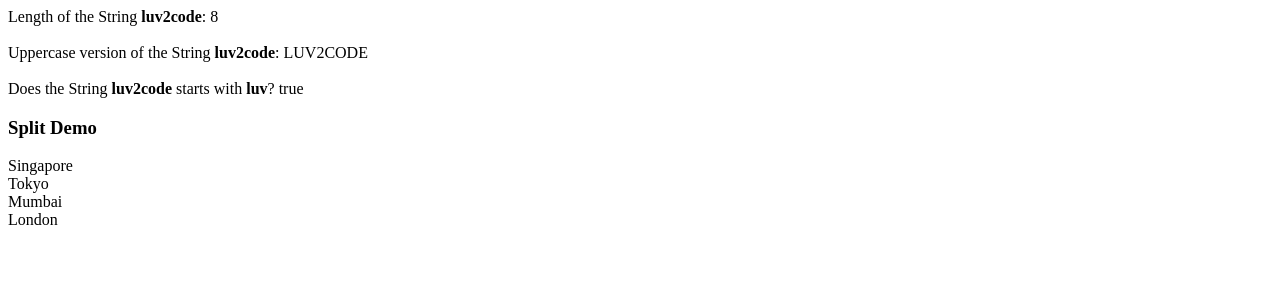
Repository: linhphan98/JavaDatabase
Page: http://localhost/JSTLtagDemo/function-test.jsp
An editor plug-in stored every save of this project. The page is shown before and after the next save, followed by the edit.
The browser window is 1280 px wide. The pictures show the whole page.
The page is served by Tomcat 9. Other server files are loaded and not shown.

Above is the page before, as saved 2020-01-14 19:30:24.

### JSTLtagDemo/WebContent/function-test.jsp
<%@ taglib uri="http://java.sun.com/jsp/jstl/functions" prefix = "fn" %>
<%@ taglib uri="http://java.sun.com/jsp/jstl/core" prefix = "c" %>

<html>
	<body>
		<c:set var="data" value="luv2code"/>
		Length of the String <b>${data}</b>: ${fn:length(data)}
		<br/><br/>

		Uppercase version of the String <b>${data}</b>: ${fn:toUpperCase(data)}
		<br/><br/>

		Does the String <b>${data}</b> starts with <b>luv</b>? ${fn:startsWith(data,"luv")}

		<c:set var="cities" value="Singapore, Tokyo, Mumbai, London" />

		<h3>Split Demo</h3>

		<c:set var="citiesArray" value="${fn:split(cities,',')}"/>
		<c:forEach var="tempCity" items="${citiesArray}">
			${tempCity}<br/>
		</c:forEach>

	</body>
</html>

After the next save:
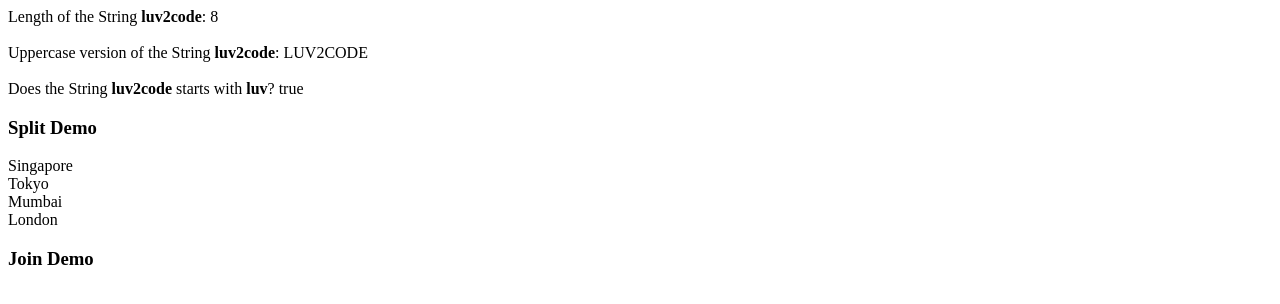
Saved 33 s later.
--- a/JSTLtagDemo/WebContent/function-test.jsp
+++ b/JSTLtagDemo/WebContent/function-test.jsp
@@ -21,5 +21,8 @@
 			${tempCity}<br/>
 		</c:forEach>
 
+		<h3>Join Demo</h3>
+
+		<c:set var="fun" value="${fn:split(cities,'*')}"/>
 	</body>
 </html>
